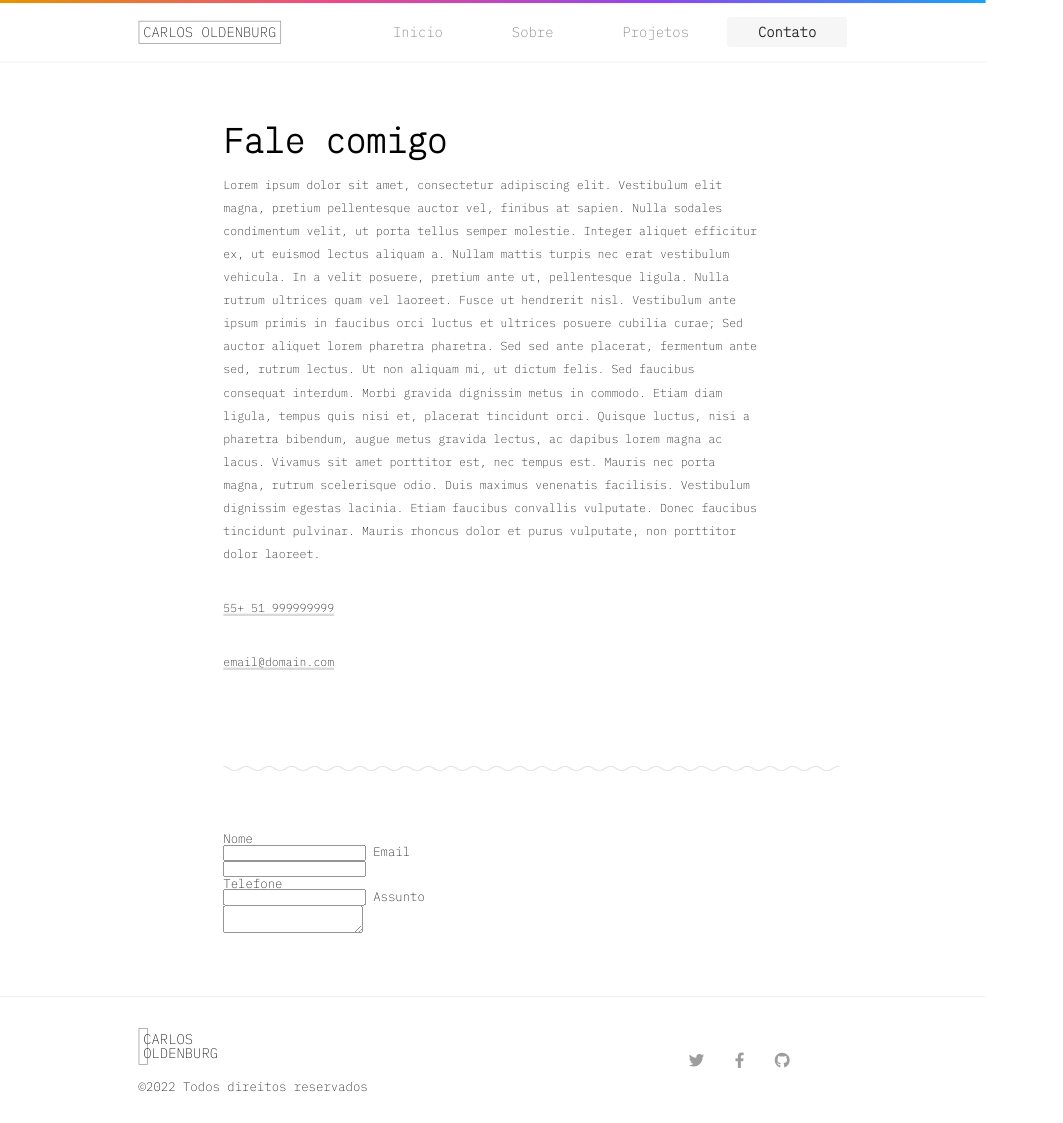
Repository: Carolden/PortfolioCrie
Page: contact.html
The author's editor kept a copy of each file at every save. The page is drawn from the files as they stood at one save, then again after the next save.
The browser window is 1280 px wide. The page is 1380 px wide, so the pictures cover 1380 px, including what lies to the right of the window. The pictures show the whole page, at 77% of full size.

Above is the page before, as saved 2023-05-25 13:07:35.

### contact.html
<!DOCTYPE html>
<html lang="pt-BR">
<head>
    <meta charset="UTF-8">
    <meta http-equiv="X-UA-Compatible" content="IE=edge">
    <meta name="viewport" content="width=device-width, initial-scale=1.0">
    <title>Carlos Eduardo Oldenburg</title>

    <link rel="stylesheet" href="styles/base/reset.css">
    <link rel="stylesheet" href="styles/base/body.css">
    <link rel="stylesheet" href="styles/components/contact.css">
    <link rel="stylesheet" href="styles/layout/container.css">
    <link rel="stylesheet" href="styles/components/divisor.css">
    <link rel="stylesheet" href="styles/layout/footer.css">
    <link rel="stylesheet" href="styles/layout/header.css">
    <link rel="stylesheet" href="styles/layout/index__section.css">
    <link rel="stylesheet" href="styles/components/about__text.css">
    <link rel="stylesheet" href="styles/components/header__a.css">
    <link rel="stylesheet" href="styles/components/header__nav.css">
    <link rel="stylesheet" href="styles/components/hr.css">
    <link rel="stylesheet" href="styles/components/img__container.css">
    <link rel="stylesheet" href="styles/components/img__projeto.css">
    <link rel="stylesheet" href="styles/components/name__box.css">
    <link rel="stylesheet" href="styles/components/project__a.css">
    <link rel="stylesheet" href="styles/components/project__container.css">
    <link rel="stylesheet" href="styles/components/project__index.css">
    <link rel="stylesheet" href="styles/components/section__contact.css">
    <link rel="stylesheet" href="styles/components/section__image.css">
    <link rel="stylesheet" href="styles/components/section__p.css">
    <link rel="stylesheet" href="styles/components/section__title.css">
    <link rel="stylesheet" href="styles/components/work.css">
    <link rel="stylesheet" href="sobre.html">

    <link rel="preconnect" href="https://fonts.googleapis.com">
    <link rel="preconnect" href="https://fonts.gstatic.com" crossorigin>
    <link href="https://fonts.googleapis.com/css2?family=IBM+Plex+Mono:wght@200&family=Open+Sans:wght@800&display=swap" rel="stylesheet">
    <link rel="stylesheet" href="https://cdnjs.cloudflare.com/ajax/libs/font-awesome/6.4.0/css/all.min.css">


</head>
<body>

    <header class="header">

        <div class="name__container">
            <h2 class="name__box">CARLOS OLDENBURG</h2>
        </div>

        <nav class="header__nav">
            <a href="index.html" class="header__a">Inicio</a>
            <a href="sobre.html" class="header__a"> Sobre</a>
            <a href="projetos.html" class="header__a">Projetos</a>
            <a href="contact.html" class="header__a active">Contato</a>
        </nav>

    </header>

    <section>

        <div class="about__text">

        <h1 class="section__title section--align">Fale comigo</h1>
        <p class="section__p about--p">Lorem ipsum dolor sit amet, consectetur adipiscing elit. Vestibulum elit magna, pretium pellentesque auctor vel, finibus at sapien. Nulla sodales condimentum velit, ut porta tellus semper molestie. Integer aliquet efficitur ex, ut euismod lectus aliquam a. Nullam mattis turpis nec erat vestibulum vehicula.

            In a velit posuere, pretium ante ut, pellentesque ligula. Nulla rutrum ultrices quam vel laoreet. Fusce ut hendrerit nisl. Vestibulum ante ipsum primis in faucibus orci luctus et ultrices posuere cubilia curae; Sed auctor aliquet lorem pharetra pharetra. Sed sed ante placerat, fermentum ante sed, rutrum lectus. Ut non aliquam mi, ut dictum felis.

            Sed faucibus consequat interdum. Morbi gravida dignissim metus in commodo. Etiam diam ligula, tempus quis nisi et, placerat tincidunt orci. Quisque luctus, nisi a pharetra bibendum, augue metus gravida lectus, ac dapibus lorem magna ac lacus. Vivamus sit amet porttitor est, nec tempus est.

            Mauris nec porta magna, rutrum scelerisque odio. Duis maximus venenatis facilisis. Vestibulum dignissim egestas lacinia. Etiam faucibus convallis vulputate. Donec faucibus tincidunt pulvinar. Mauris rhoncus dolor et purus vulputate, non porttitor dolor laoreet.</p>

        </div>

        <p class="section__p about--p container contact">55+ 51 999999999</p>

        <p class="section__p about--p container contact">email@domain.com</p>

        <div class="div__divisor index--divisor">

            <img src="images/Divisor.png" alt="" class="img__divisor">

        </div>

    </section>

    <section class="container">

        <form action="">
            <div class="contactrow">
                <div class="contactcolumn">
                    <label for="nome">Nome</label><br>
                    <input id="nome" type="text" class="input">

                    <label for="email">Email</label><br>
                    <input id="email" required type="email" class="input">
                </div>

            </div>

            <div class="contactrow">
                <div class="contactcolumn">
                    <label for="telefone">Telefone</label><br>
                    <input id="telefone" type="tel">

                    <label for="msg">Assunto</label><br>
                    <textarea id="msg" class="textarea"></textarea>
                </div>
            </div>
        </form>

    </section>












    <footer class="footer">

        <div class="name__container footer__column">

            <h2 class="name__box name--footer">CARLOS OLDENBURG</h2>
            <p class="footer__p">©2022 Todos direitos reservados</p>

        </div>

        <div class="footer__column footer__icons">

            <i class="fa-brands fa-twitter contact__icon"></i>
            <i class="fa-brands fa-facebook-f contact__icon"></i>
            <i class="fa-brands fa-github contact__icon"></i>

        </div>

    </footer>



</body>
</html>

### styles/base/body.css
body {
    font-family: 'IBM Plex Mono', monospace;
    overflow-y: scroll;
}

### styles/components/contact.css
.contact {
    padding: 20px 0 20px 0;
    text-decoration: underline 3px #D9D9D9;
    line-height: 30px;
}

.contactrow {
    display: flex;
    width: 100%;

}

.contactcolumn {
    width: 50%;
}

### styles/layout/container.css
.container {
    padding: 0 290px 0 290px;
}

### styles/components/divisor.css
.img__divisor {
    padding: 0 290px 0 290px;
    color: #EAEAEA;
    width: 100%;

}

.div__divisor {
    display: flex;
}

.index--divisor {
    margin: 80px 0 80px 0;
}

### styles/layout/footer.css
.footer {
    display: flex;
    box-sizing: border-box;
    align-items: center;
    border-top: 1px solid #EAEAEA;
    margin-top: 80px;
    align-items: center;
}

.name--footer {
    margin: 40px 550px 20px 180px;
}

footer p {
    margin: 0 0 40px 180px;
}

.footer__column {
    width: 50%;
}

.footer__icons {
    text-align: center;
}

### styles/layout/header.css
.header {
    display: flex;
    justify-content: space-between;
    height: 80px;
    width: 100%;
    left: 0px;
    top: 4px;
    border-radius: 0px;
    box-sizing: border-box;
    /* position: absolute; */
    align-items: center;
    border-top: 4px;
    border-image: linear-gradient(to right, #E39600, #EA4C89, #8F48EB, #1DA1F2) 1;
    border-style: solid;
}

### styles/layout/index__section.css
.index__section {
    display: flex;
    flex-direction: column;
    align-items: center;
    border-top: 1px solid #EAEAEA;
    padding: 80px 0 50px 0;
}

### styles/components/about__text.css
.about__text {
    /* display: flex; */
    padding: 80px 290px 0 290px;
    align-items: left;
    flex-direction: column;
    border-top: 1px solid #EAEAEA;
}

### styles/components/header__a.css
.header__a {
    padding: 40px;
    text-decoration: none;
    color: #6C6C6C;
    font-size: 18px;
}

.active {
    color: #242424;
    font-weight: 600;
    background: #F6F6F6;
    border-radius: 4px;
    padding-top: 8px;
    padding-bottom: 8px;
}

### styles/components/header__nav.css
.header__nav {
    margin-right: 180px;
}

### styles/components/hr.css
.hr {
    padding: 0 290px 0 290px;
    color: #EAEAEA;
    width: 100%;

}

### styles/components/img__container.css
.img__container {
    display: flex;
    justify-content: center;
    align-items: center;
}

### styles/components/img__projeto.css
.img__projeto {
    width: 1000px;
    height: 500px;
    align-items: center;
    margin-bottom: 40px;
}

.img--cover {
    object-fit: cover;
}

### styles/components/name__box.css
.name__box {
    border: 1px solid #9D9D9D;
    padding: 5px;
    margin-left: 180px;
    font-size: 18px;
}

### styles/components/project__a.css
.project__a {
    text-decoration: none;
    color: inherit;
}

### styles/components/project__container.css
.project__container {
    display: flex;
    flex-direction: column;
    padding-bottom: 80px;
}

.project__container:last-child {
    padding-bottom: 40px;
}

### styles/components/project__index.css
.project__h2 {
    padding-bottom: 80px;
    font-size: 24px;
    font-weight: 600;
}

.project__index {
    border: 1px solid #EAEAEA;
    margin: 0 290px 20px 290px;
    display: flex;
    background-color: #FAFAFA;
}

.project__icon {
    font-size: 80px;
    padding: 40px 20px 40px 40px;
    color: #E39600;
}

.project__h3 {
    font-size: 18px;
    font-weight: 600;
    padding: 40px 0 20px 20px;
    line-height: 30px;
}

.project__p {
    padding: 0 40px 40px 20px;
    line-height: 30px;
}

.icon--color--pink {
    color: #EA4C89;
}

### styles/components/section__contact.css
.section__contact {
    display: flex;
    margin: 0 280px 0 280px;
    align-items: center;
}

.contact__icon {
    padding: 15px;
    font-size: 20px;
    color: #9D9D9D;
}

.contact__button {
    text-decoration: none;
    padding-left: 15px;
    color: #363636;
    font-weight: 600;
    font-size: 15px;
    border: 1px solid #EAEAEA;
    border-radius: 20px;
    background: #FAFAFA;
    padding: 10px 15px;
    margin-left: 15px;
}

### styles/components/section__image.css
.section__image {
    width: 800px;
    height: 800px;
    padding: 40px 0 55px 0;

}

### styles/components/section__p.css
.section__p {
    font-size: 15px;
    font-weight: 400;
    line-height: 30px;
    letter-spacing: 0em;
    text-align: left;
    margin: 0 280px 0 280px;
    line-height: 30px;
}

.about--p {
    margin: 0;
    padding-bottom: 40px;
}

### styles/components/section__title.css
.section__title {
    font-size: 44px;
    font-weight: 600;
}

.section--align {
    text-align: left;
    padding-bottom: 20px;
}

### styles/components/work.css
.work__title {
    font-size: 24px;
    font-weight: 600;
    padding-bottom: 40px;
}

.work__container {
    display: flex;
    justify-content: space-between;
    padding-bottom: 20px;
}

.work {
    margin-left: 290px;
    margin-right: 290px;
}

.work__subtitle {
    font-size: 18px;
    font-weight: 600;
}

.work__p {
    font-size: 15px;
    font-weight: 400;
}

### sobre.html
<!DOCTYPE html>
<html lang="pt-BR">
<head>
    <meta charset="UTF-8">
    <meta http-equiv="X-UA-Compatible" content="IE=edge">
    <meta name="viewport" content="width=device-width, initial-scale=1.0">
    <title>Carlos Eduardo Oldenburg</title>

    <link rel="stylesheet" href="styles/base/reset.css">
    <link rel="stylesheet" href="styles/base/body.css">
    <link rel="stylesheet" href="styles/components/contact.css">
    <link rel="stylesheet" href="styles/layout/container.css">
    <link rel="stylesheet" href="styles/components/divisor.css">
    <link rel="stylesheet" href="styles/layout/footer.css">
    <link rel="stylesheet" href="styles/layout/header.css">
    <link rel="stylesheet" href="styles/layout/index__section.css">
    <link rel="stylesheet" href="styles/components/about__text.css">
    <link rel="stylesheet" href="styles/components/header__a.css">
    <link rel="stylesheet" href="styles/components/header__nav.css">
    <link rel="stylesheet" href="styles/components/hr.css">
    <link rel="stylesheet" href="styles/components/img__container.css">
    <link rel="stylesheet" href="styles/components/img__projeto.css">
    <link rel="stylesheet" href="styles/components/name__box.css">
    <link rel="stylesheet" href="styles/components/project__a.css">
    <link rel="stylesheet" href="styles/components/project__container.css">
    <link rel="stylesheet" href="styles/components/project__index.css">
    <link rel="stylesheet" href="styles/components/section__contact.css">
    <link rel="stylesheet" href="styles/components/section__image.css">
    <link rel="stylesheet" href="styles/components/section__p.css">
    <link rel="stylesheet" href="styles/components/section__title.css">
    <link rel="stylesheet" href="styles/components/work.css">
    <link rel="stylesheet" href="sobre.html">

    <link rel="preconnect" href="https://fonts.googleapis.com">
    <link rel="preconnect" href="https://fonts.gstatic.com" crossorigin>
    <link href="https://fonts.googleapis.com/css2?family=IBM+Plex+Mono:wght@200&family=Open+Sans:wght@800&display=swap" rel="stylesheet">
    <link rel="stylesheet" href="https://cdnjs.cloudflare.com/ajax/libs/font-awesome/6.4.0/css/all.min.css">

</head>
<body>

    <header class="header">

        <div class="name__container">
            <h2 class="name__box">CARLOS OLDENBURG</h2>
        </div>

        <nav class="header__nav">
            <a href="index.html" class="header__a">Inicio</a>
            <a href="sobre.html" class="header__a active"> Sobre</a>
            <a href="projetos.html" class="header__a">Projetos</a>
            <a href="contact.html" class="header__a">Contato</a>
        </nav>

    </header>

    <section>

        <div class="about__text">

        <h1 class="section__title section--align">Olá, meu nome é Carlos!</h1>
        <p class="section__p about--p">Lorem ipsum dolor sit amet, consectetur adipiscing elit. Vestibulum elit magna, pretium pellentesque auctor vel, finibus at sapien. Nulla sodales condimentum velit, ut porta tellus semper molestie. Integer aliquet efficitur ex, ut euismod lectus aliquam a. Nullam mattis turpis nec erat vestibulum vehicula.

            In a velit posuere, pretium ante ut, pellentesque ligula. Nulla rutrum ultrices quam vel laoreet. Fusce ut hendrerit nisl. Vestibulum ante ipsum primis in faucibus orci luctus et ultrices posuere cubilia curae; Sed auctor aliquet lorem pharetra pharetra. Sed sed ante placerat, fermentum ante sed, rutrum lectus. Ut non aliquam mi, ut dictum felis.

            Sed faucibus consequat interdum. Morbi gravida dignissim metus in commodo. Etiam diam ligula, tempus quis nisi et, placerat tincidunt orci. Quisque luctus, nisi a pharetra bibendum, augue metus gravida lectus, ac dapibus lorem magna ac lacus. Vivamus sit amet porttitor est, nec tempus est.

            Mauris nec porta magna, rutrum scelerisque odio. Duis maximus venenatis facilisis. Vestibulum dignissim egestas lacinia. Etiam faucibus convallis vulputate. Donec faucibus tincidunt pulvinar. Mauris rhoncus dolor et purus vulputate, non porttitor dolor laoreet.</p>

        </div>

    </section>

    <div class="div__divisor index--divisor">

        <img src="images/Divisor.png" alt="" class="img__divisor">

    </div>

    <section class="work">

        <h2 class="work__title">Trabalho</h2>

        <div class="work__container">
            <h3 class="work__subtitle">Virtude Informática</h3>
            <p>Técnico de informática   -   2020 -&emsp;&emsp;&emsp;</p>
        </div>

        <div class="work__container">
            <h3 class="work__subtitle">Sustentare Seguros</h3>
            <p>Auxiliar Administrativo   -   2019 - 2020</p>
        </div>

        <div class="work__container">
            <h3 class="work__subtitle">Banrisul</h3>
            <p class="work__p">Estagiário   -   2017 - 2019</p>
        </div>

    </section>

    <div class="div__divisor index--divisor">

        <img src="images/Divisor.png" alt="" class="img__divisor">

    </div>

    <section class="work">

        <h2 class="work__title">Escolaridade e Cursos</h2>

        <div class="work__container">
            <h3 class="work__subtitle">Univates - Curso Intensivo de Programação</h3>
            <p>Crie_TI   -   2023 -&emsp;&emsp;&emsp;</p>
        </div>

        <div class="work__container">
            <h3 class="work__subtitle">UNINTER - Bacharelado</h3>
            <p>Engenharia de Software   -   2021 -&emsp;&emsp;&emsp;</p>
        </div>

        <div class="work__container">
            <h3 class="work__subtitle">EEEPE - Curso Técnico</h3>
            <p>Técnico de Informática   -   2020 - 2021</p>
        </div>

        <div class="work__container">
            <h3 class="work__subtitle">Univates - Bacharelado</h3>
            <p>Administração de Empresas   -   2014 - 2019</p>
        </div>

    </section>

    <footer class="footer">

        <div class="name__container footer__column">

            <h2 class="name__box name--footer">CARLOS OLDENBURG</h2>
            <p class="footer__p">©2022 Todos direitos reservados</p>

        </div>

        <div class="footer__column footer__icons">

            <i class="fa-brands fa-twitter contact__icon"></i>
            <i class="fa-brands fa-facebook-f contact__icon"></i>
            <i class="fa-brands fa-github contact__icon"></i>

        </div>

    </footer>

</body>
</html>

Loaded but not shown: styles/base/reset.css (common file)

After the next save:
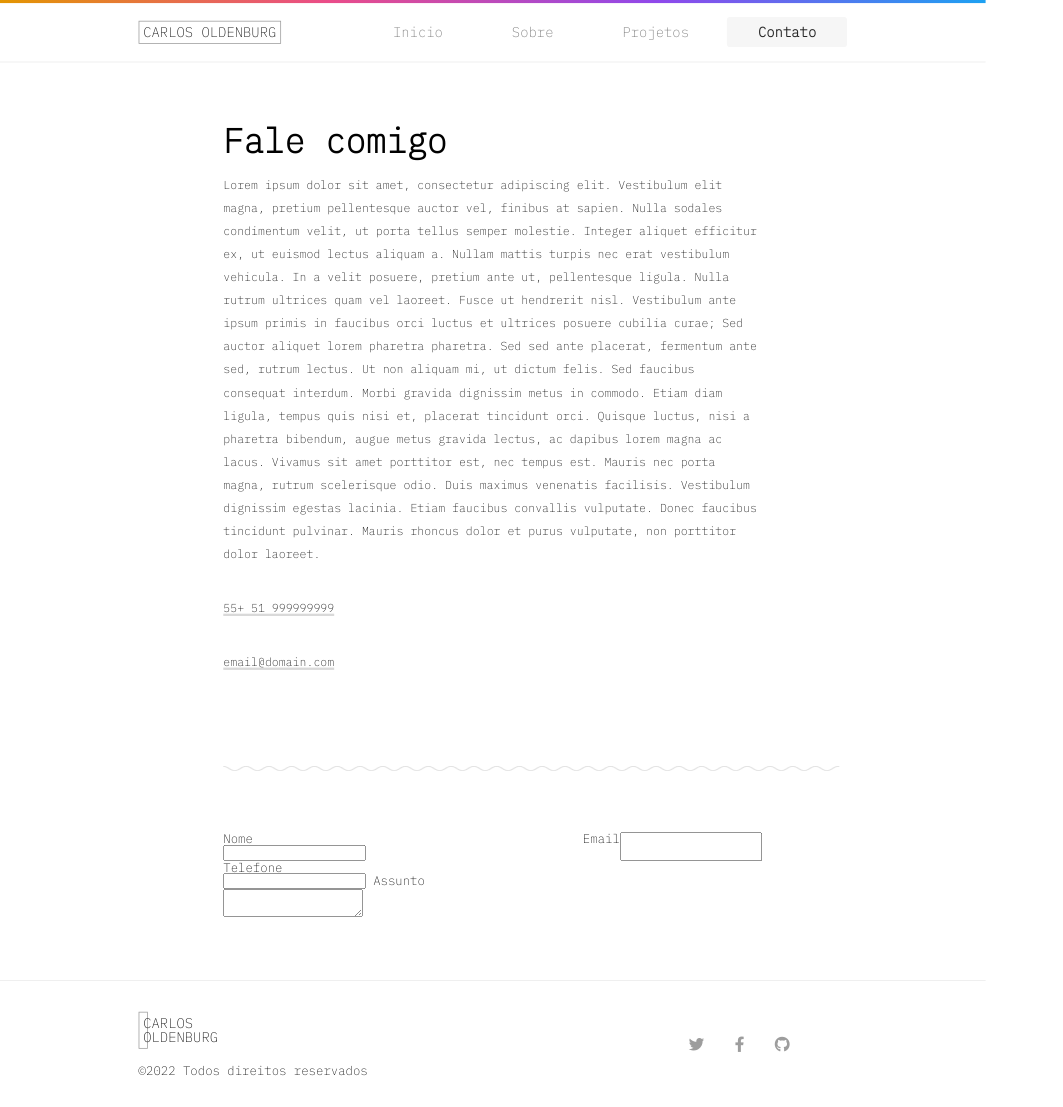
Saved 2 min 25 s later.
--- a/contact.html
+++ b/contact.html
@@ -89,7 +89,8 @@
                 <div class="contactcolumn">
                     <label for="nome">Nome</label><br>
                     <input id="nome" type="text" class="input">
-
+                </div>
+                <div class="contactcolumn"></div>
                     <label for="email">Email</label><br>
                     <input id="email" required type="email" class="input">
                 </div>
